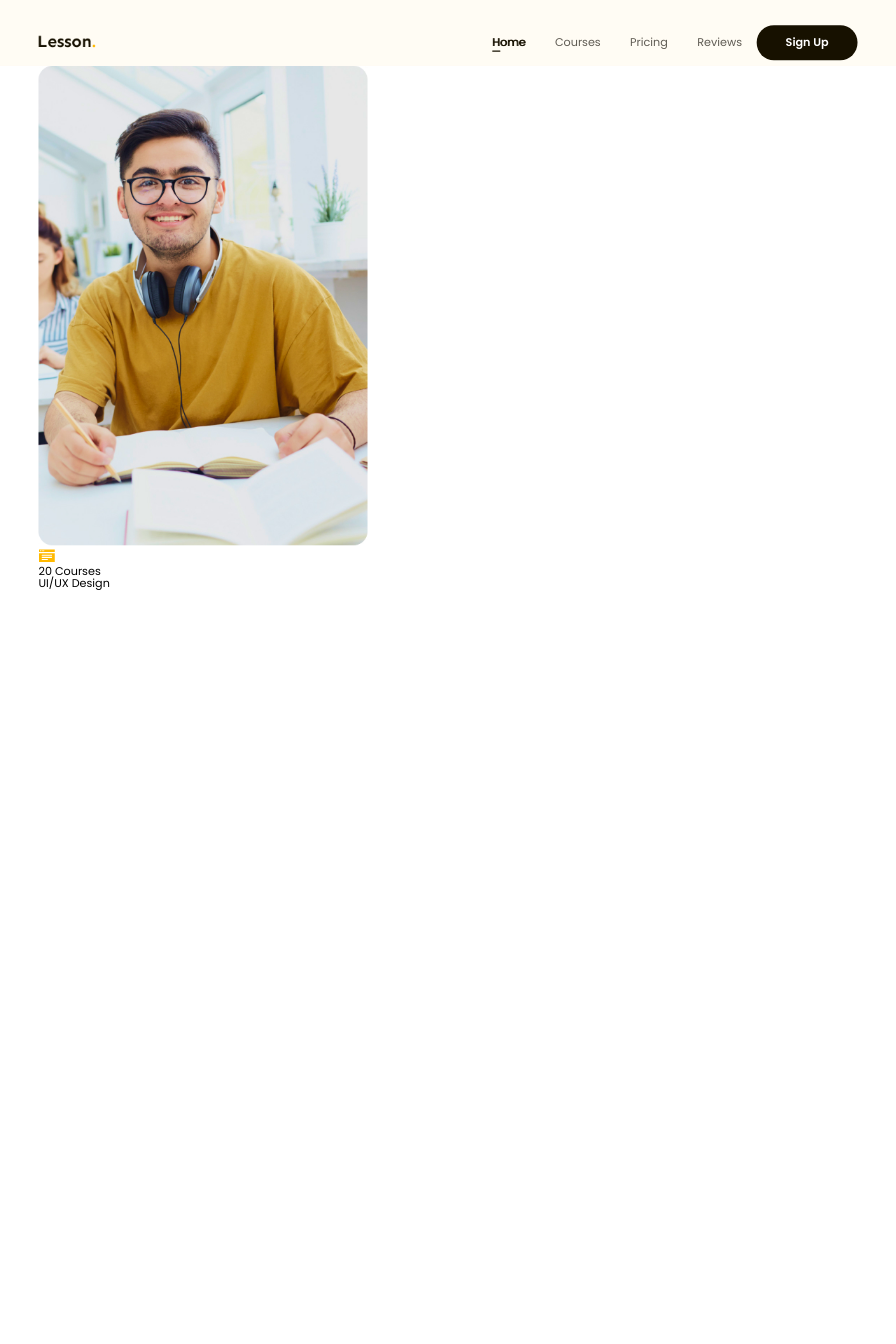
Repository: ynguyen1512/htmlcss-project-02
Page: index.html
These files come from the project's save history. The page is drawn as it stood at one moment and after the next save; the edit follows.
The browser window is 1280 px wide. The pictures show the part of the page from y = 0 to 1920 px (the page is 5000 px tall), at 70% of full size.

Above is the page before, as saved 2023-02-20 20:08:33.

### index.html
<!DOCTYPE html>
<html lang="en">
<head>
    <meta charset="UTF-8">
    <meta http-equiv="X-UA-Compatible" content="IE=edge">
    <meta name="viewport" content="width=device-width, initial-scale=1.0">
    <title>F8 Project 02</title>
    <!-- Reset CSS -->
    <link rel="stylesheet" href="./assets/css/reset.css">
    <!-- Embed fonts -->
    <link rel="preconnect" href="https://fonts.googleapis.com">
    <link rel="preconnect" href="https://fonts.gstatic.com" crossorigin>
    <link href="https://fonts.googleapis.com/css2?family=Poppins:ital,wght@0,400;0,500;0,600;0,700;1,400&family=Sen:wght@700&display=swap" rel="stylesheet">
    <!-- Styles -->
    <link rel="stylesheet" href="./assets/css/style.css">
</head>
<body>
    <main style="height: 5000px;">
        <!-- Header -->
        <header class="header fixed">
            <div class=" main-content">
                <di class="body">
                    <!-- Logo -->
                    <a href="#">
                        <img src="./assets/img/logo.png" alt="Lesson." class="logo">
                    </a>
                    <!-- Navigation -->
                    <nav class="nav">
                        <ul>
                            <li class="active"><a href="#!">Home</a></li>
                            <li><a href="#!">Courses</a></li>
                            <li><a href="#!">Pricing</a></li>
                            <li><a href="#!">Reviews</a></li>
                        </ul>
                    </nav>

                    <!-- Action -->
                    <div class="action">
                        <a href="" class="btn sign-up-btn">Sign Up</a>
                    </div>
                </di >
            </div>
        </header>

        <!-- Hero -->
        <div class="hero">
            <div class="main-content">
                <div class="body">
                    <!-- Hero-left -->
                    <div class="media-block">
                        <img src="./assets/img/hero-img.jpg"
                        alt="Learn without limits and spread knowledge." class="img">

                        <div class="hero-summary">
                            <div class="item">
                                <div class="icon">
                                    <img src="./assets/icons/list.svg" alt="">
                                </div>
                                <div class="info">
                                    <p class="label">20 Courses</p>
                                    <p class="title">UI/UX Design</p>
                                </div>
                            </div>
                        </div>
                    </div>
                    <!-- Hero right -->
                    <div class="content-block">

                    </div>
                </div>
            </div>
        </div>
    </main>

    <footer>

    </footer>
</body>
</html>

### assets/css/style.css
* {
    box-sizing: border-box;
}

html, body {
    scroll-behavior: smooth;
}

html {
    font-size: 62.5%;
}

body {
    font-size: 1.6rem;
    font-family: 'Poppins', 'sans-serif';
}

/* Common */
.main-content {
    width: 1170px;
    max-width: calc(100% - 48px);
    margin-left: auto;
    margin-right: auto;
}

a {
    text-decoration: none;
}

.btn {
    display: inline-block;
    min-width: 118px;
    padding: 0 16px;
    line-height: 50px;
    font-weight: 600;
    font-size: 16px;
    text-align: center;
    color: #FFFFFF;
    background: #171100;
    border-radius: 24.5px;
}

/* Header */
.header {
    background-color: #FFFCF4;
}

.header.fixed {
    position: sticky;
    top: -28px;
}

.header .body {
    display: flex;
    align-items: center;
    padding: 36px 0 8px;
}

.nav {
    margin-left: auto;
}

.nav ul {
    display: flex;
}

.nav a {
    position: relative;
    padding: 8px 21px;
    font-size: 1.6rem;
    color: #5F5B53;
}

.nav a:hover,
.nav li.active a {
    /* font-weight: 600; */
    text-shadow: 1px 0 0 currentColor;
    color: #171100;
}

.nav li.active a::after {
    position: absolute;
    left: 21px;
    content: "";
    bottom: 6px;
    display: block;
    width: 12px;
    height: 2px;
    background: #171100;
    border-radius: 1px;
}

.header .sign-up-btn {
    min-width: 144px;
}

Loaded but not shown: assets/css/reset.css (common file)

After the next save:
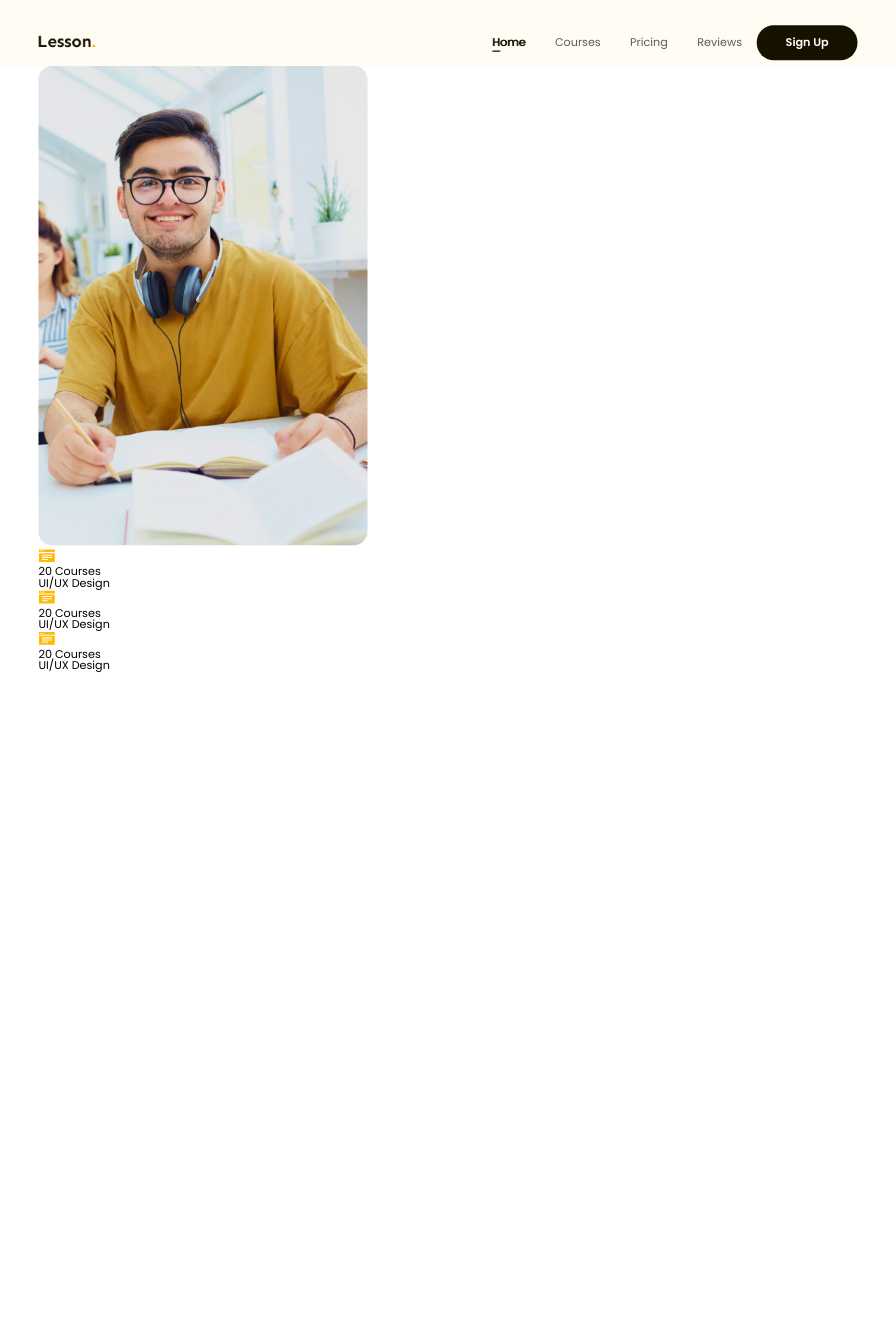
Saved 15 s later.
--- a/index.html
+++ b/index.html
@@ -61,6 +61,24 @@
                                     <p class="title">UI/UX Design</p>
                                 </div>
                             </div>
+                            <div class="item">
+                                <div class="icon">
+                                    <img src="./assets/icons/list.svg" alt="">
+                                </div>
+                                <div class="info">
+                                    <p class="label">20 Courses</p>
+                                    <p class="title">UI/UX Design</p>
+                                </div>
+                            </div>
+                            <div class="item">
+                                <div class="icon">
+                                    <img src="./assets/icons/list.svg" alt="">
+                                </div>
+                                <div class="info">
+                                    <p class="label">20 Courses</p>
+                                    <p class="title">UI/UX Design</p>
+                                </div>
+                            </div>
                         </div>
                     </div>
                     <!-- Hero right -->
